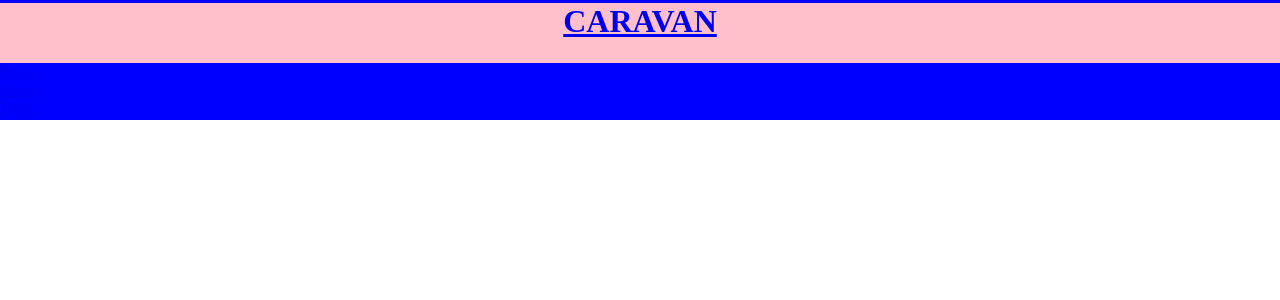
Repository: yukito7878/HTML-CSS-practice
Page: caravan/index5.html
The author's editor kept a record of every edit. The page is drawn from the files as they stood at one moment, then again after the next edit.
The browser window is 1280 px wide. The pictures show the whole page.

Above is the page before.

After the next edit:
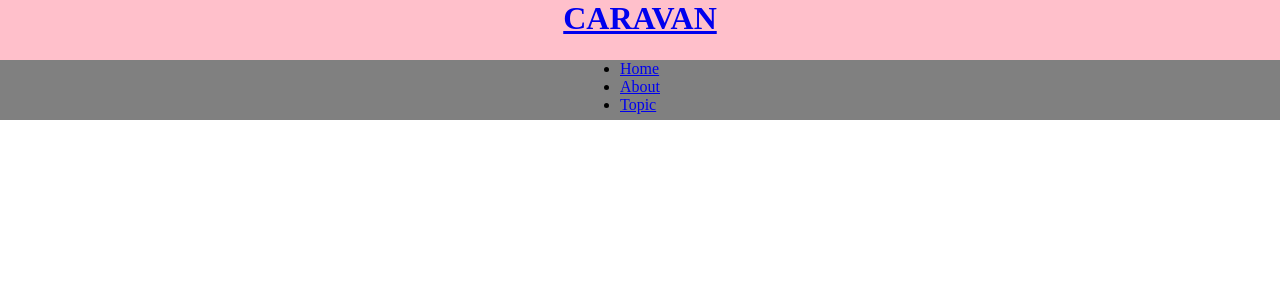
The edit:
--- a/caravan/style5.css
+++ b/caravan/style5.css
@@ -21,7 +21,7 @@
   background-color: pink;
 }
 
-.header ol{
+.header nav{
   display: flex;
   justify-content: center;
   height: 60px;
